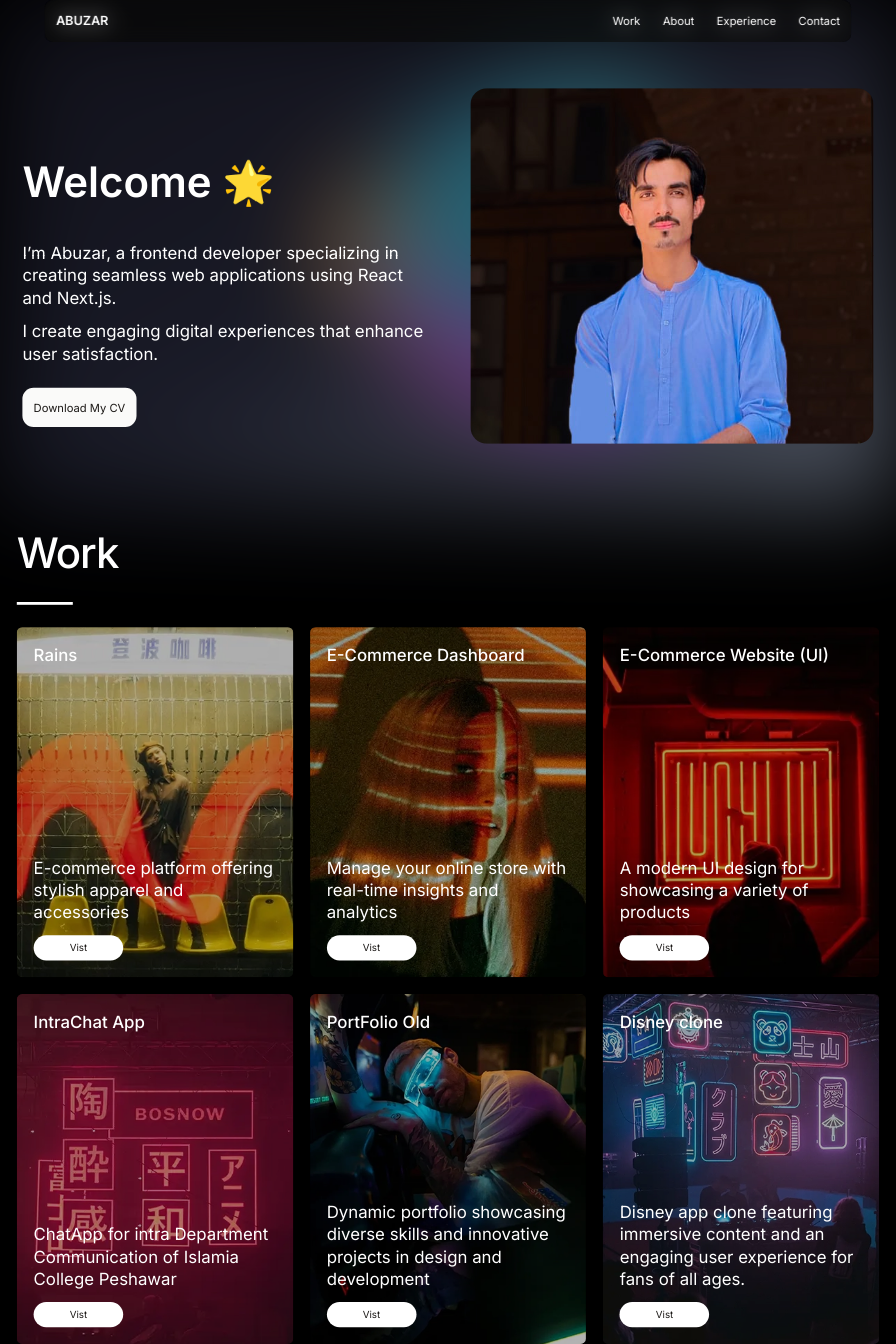
Repository: xarrkhan001/Abuzar-NewPortfolio-Framermotion
Page: /
The author's editor kept a copy of each file at every save. The page is drawn from the files as they stood at one save, then again after the next save.
The browser window is 1280 px wide. The pictures show the part of the page from y = 0 to 1920 px (the page is 4220 px tall), at 70% of full size.
The project was rebuilt for these pictures with package versions that can differ from the ones it lists, and the page was loaded fresh each time. Some packages were replaced by stand-ins written for this rebuild. Also part of the build but not shown: vite.config.js. Imported but missing from the stored project, and not drawn on this page: src/assets/abuzar01-Cv....pdf.

Above is the page before, as saved 2025-03-02 09:47:21.

After the next save:
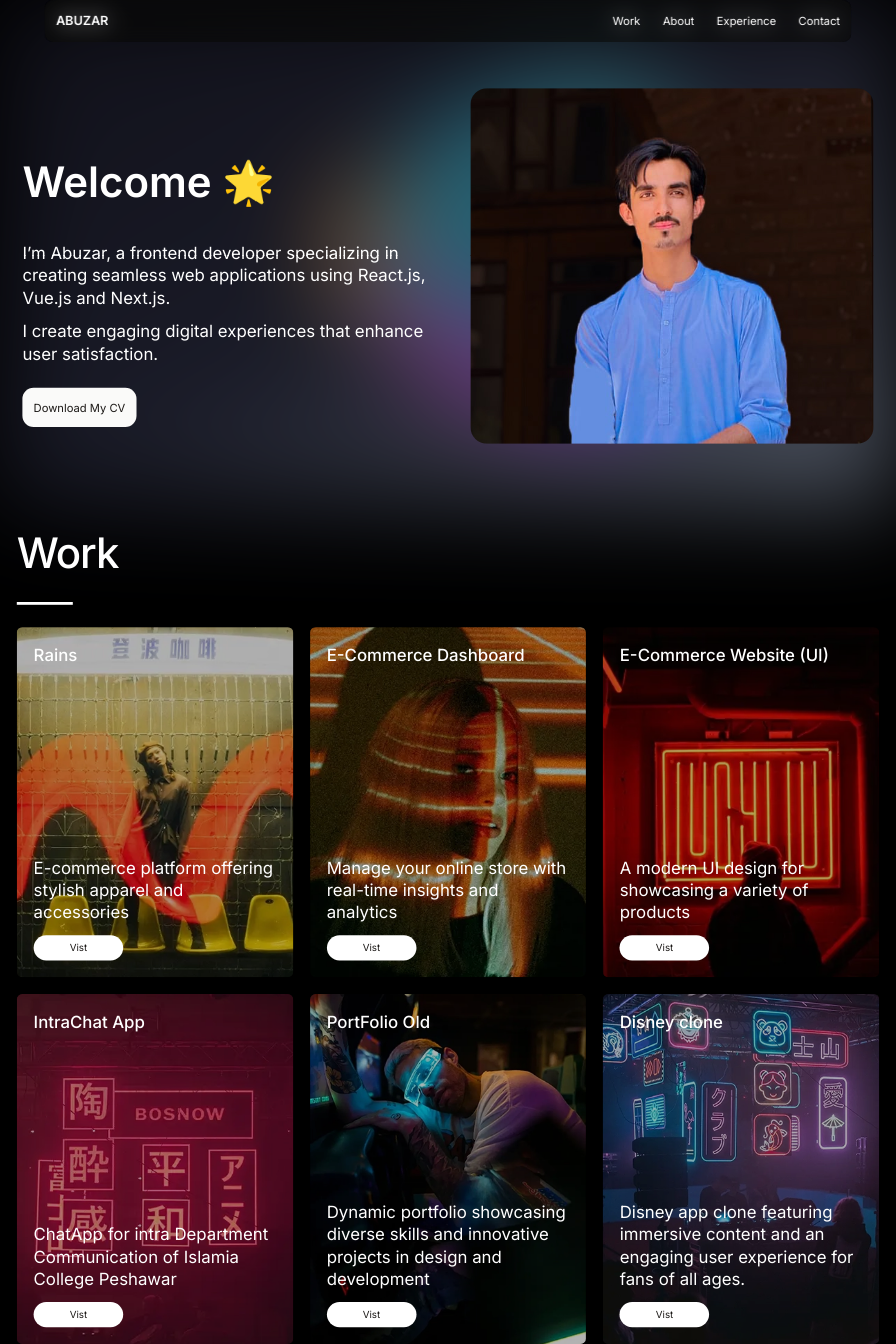
Saved 60 s later.
--- a/src/constants/index.js
+++ b/src/constants/index.js
@@ -15,7 +15,7 @@
 export const HERO_CONTENT = {
   greeting: "Welcome 🌟",
   introduction:
-    "I’m Abuzar, a frontend developer specializing in creating seamless web applications using React and Next.js.",
+    "I’m Abuzar, a frontend developer specializing in creating seamless web applications using React.js, Vue.js and Next.js.",
   description:
     "I create engaging digital experiences that enhance user satisfaction.",
 };
